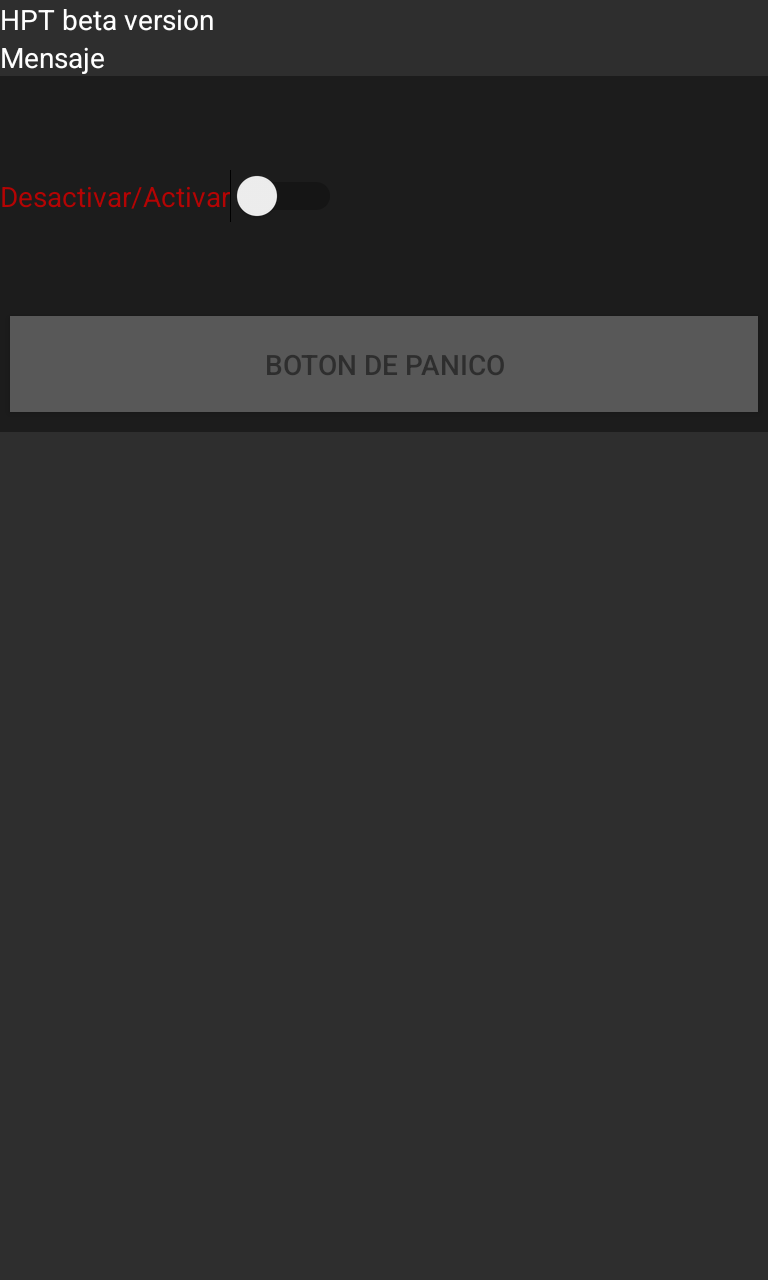
Repository: aludena18/android_apps
Layout: HunterPersonalTrack/res/layout/activity_main.xml
An editor plug-in stored every save of this project. The layout is shown before and after the next save, followed by the edit.
It is drawn on a 768 x 1280 px phone screen (xhdpi) without system bars, with theme AppTheme; the app's code is not run.

Above is the layout before, as saved 2015-10-16 21:54:51.

After the next save:
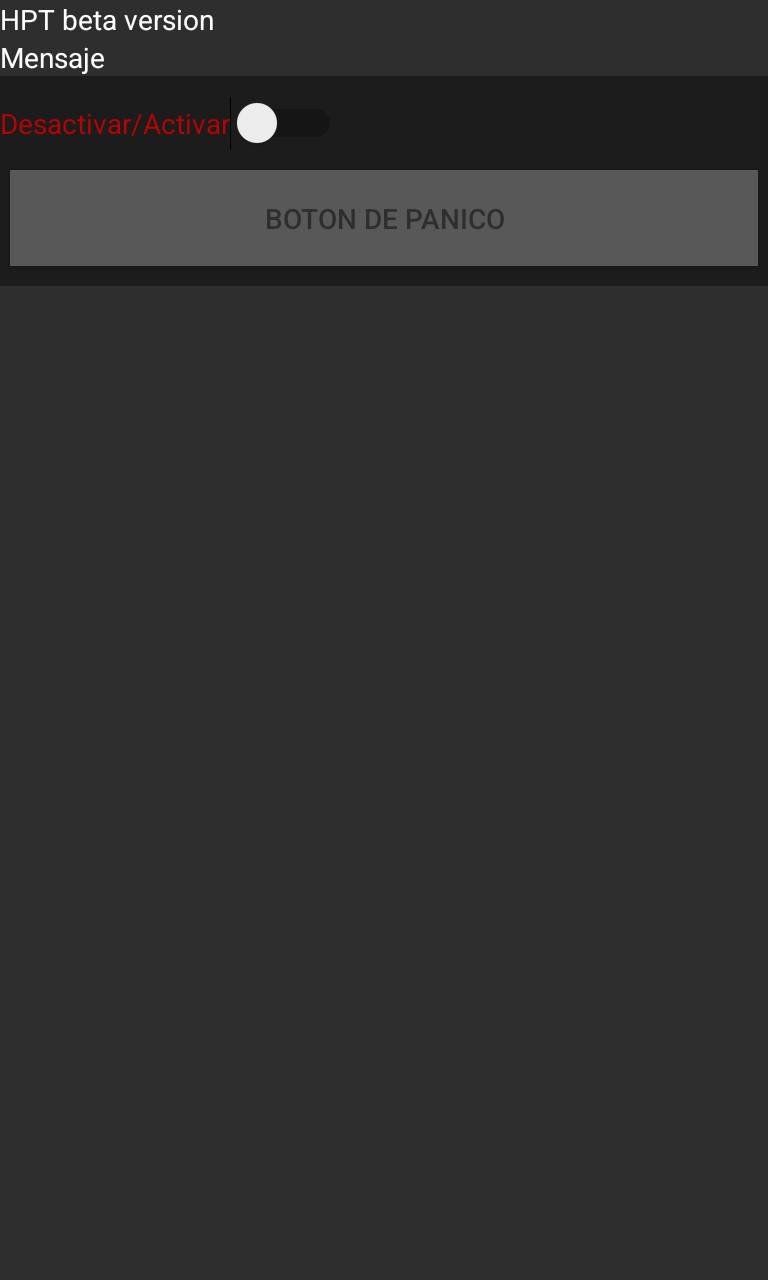
Saved 10 s later.
--- a/HunterPersonalTrack/res/layout/activity_main.xml
+++ b/HunterPersonalTrack/res/layout/activity_main.xml
@@ -28,7 +28,7 @@
         <Switch
 	        android:id="@+id/swtOnOff"
     	    android:layout_width="wrap_content"
-        	android:layout_height="100dp"
+        	android:layout_height="wrap_content"
         	android:layout_marginTop="10dp"
        		android:layout_marginBottom="10dp"
         	android:textColor="#B40404"
